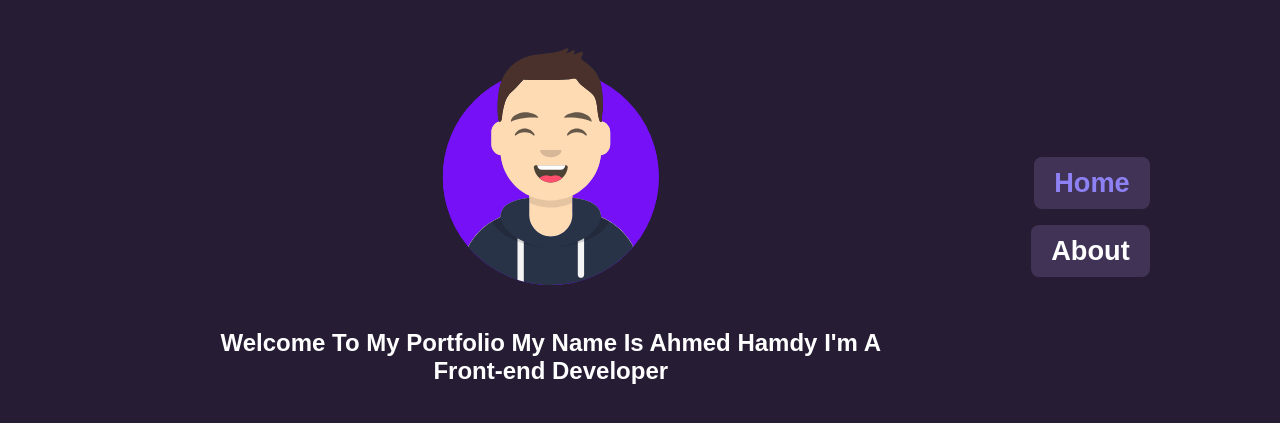
Repository: ahamdy997/portfolio
Page: /
The author's editor kept a copy of each file at every save. The page is drawn from the files as they stood at one save, then again after the next save.
The browser window is 1280 px wide. The pictures show the whole page.
The project was rebuilt for these pictures with package versions that can differ from the ones it lists, and the page was loaded fresh each time. Also part of the build but not shown: vue.config.js.

Above is the page before, as saved 2023-11-05 22:39:16.

After the next save:
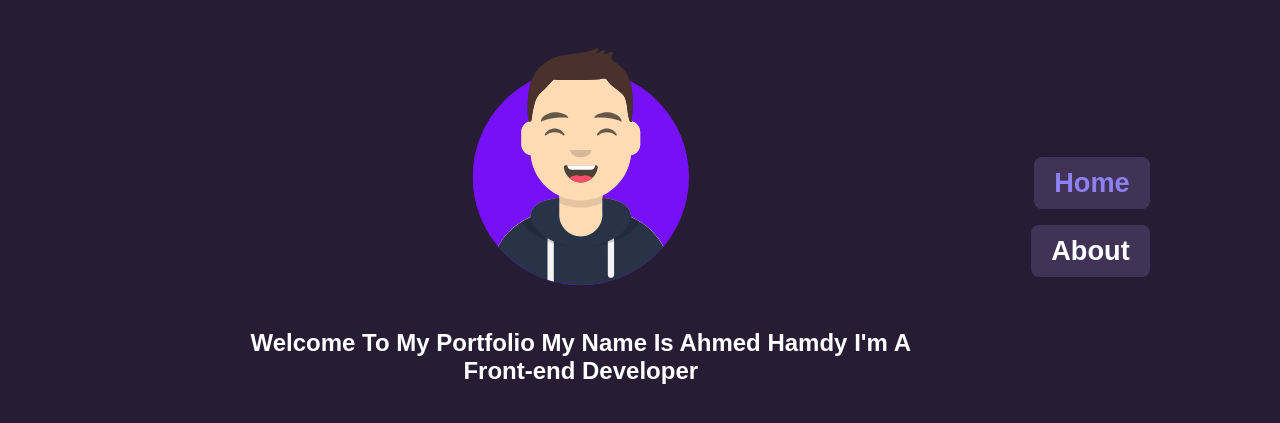
Saved 19 s later.
--- a/src/App.vue
+++ b/src/App.vue
@@ -28,7 +28,6 @@ header {
 }
 
 nav {
-  padding: 30px;
   text-align: center;
   display: flex;
   flex-direction: column;
